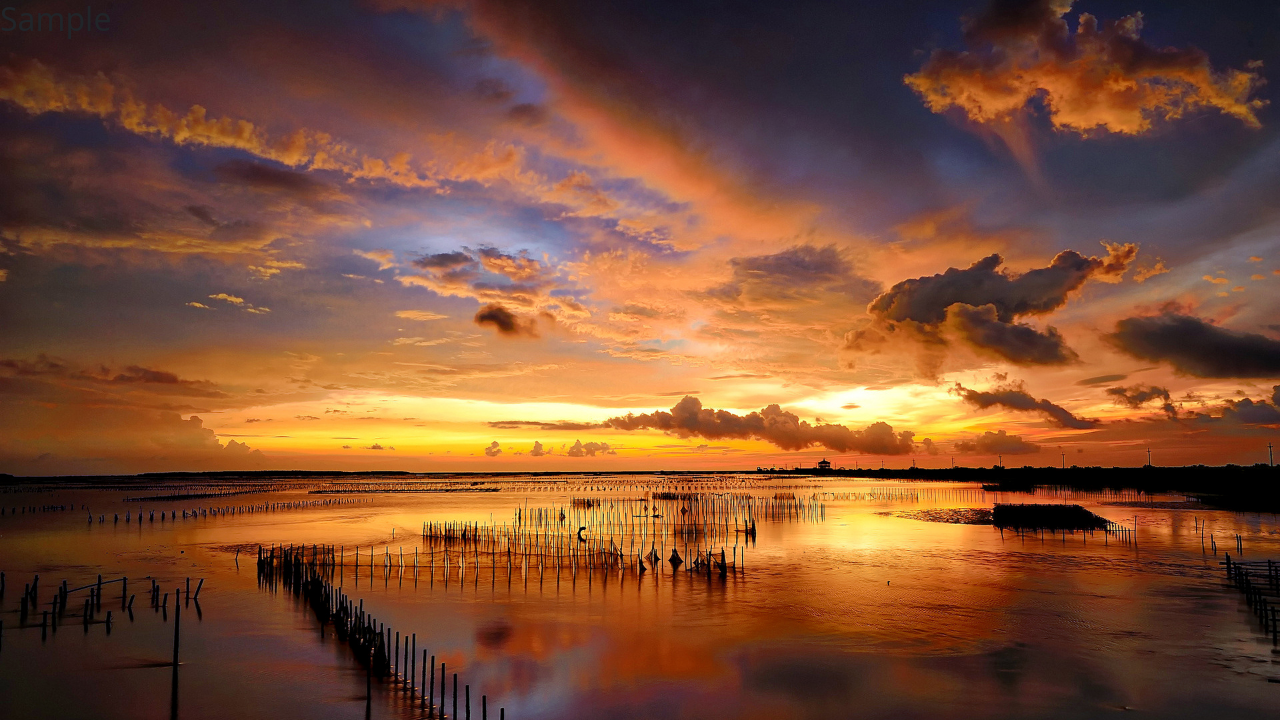
Repository: rohitbharti258/Project_Weather_finder
Page: index.html
The author's editor kept a copy of each file at every save. The page is drawn from the files as they stood at one save, then again after the next save.
The browser window is 1280 px wide. The pictures show the whole page.
Empty fields were first filled with sample values (such as "Sample", 5 or name@example.com).
After loading, the first visible `button.btn` was clicked once.
The page's requests for data from a server got no answer.

Above is the page before, as saved 2022-02-28 13:43:02.

After the next save:
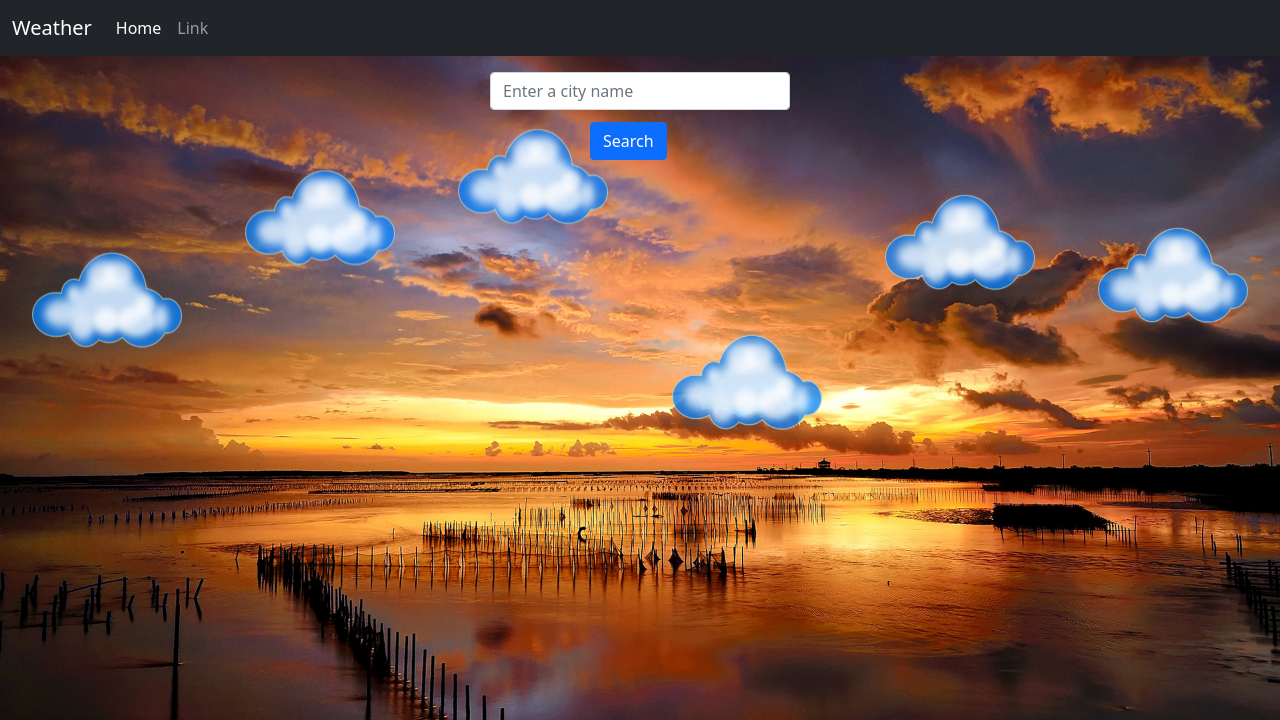
Saved 20 s later.
--- a/index.js
+++ b/index.js
@@ -15,7 +15,7 @@
     input.value = ""
     const xhr = new XMLHttpRequest();
     xhr.open("GET", `https://api.openweathermap.org/data/2.5/weather?q=${city}&appid=${api}`, true);
-xhr.onloadstart  = function(){
+xhr.onprogress  = function(){
     console.log("progress")
     let sr  = ""
     sr += `<h2 class="h2"> ${city} </h2>`;

After the save that followed:
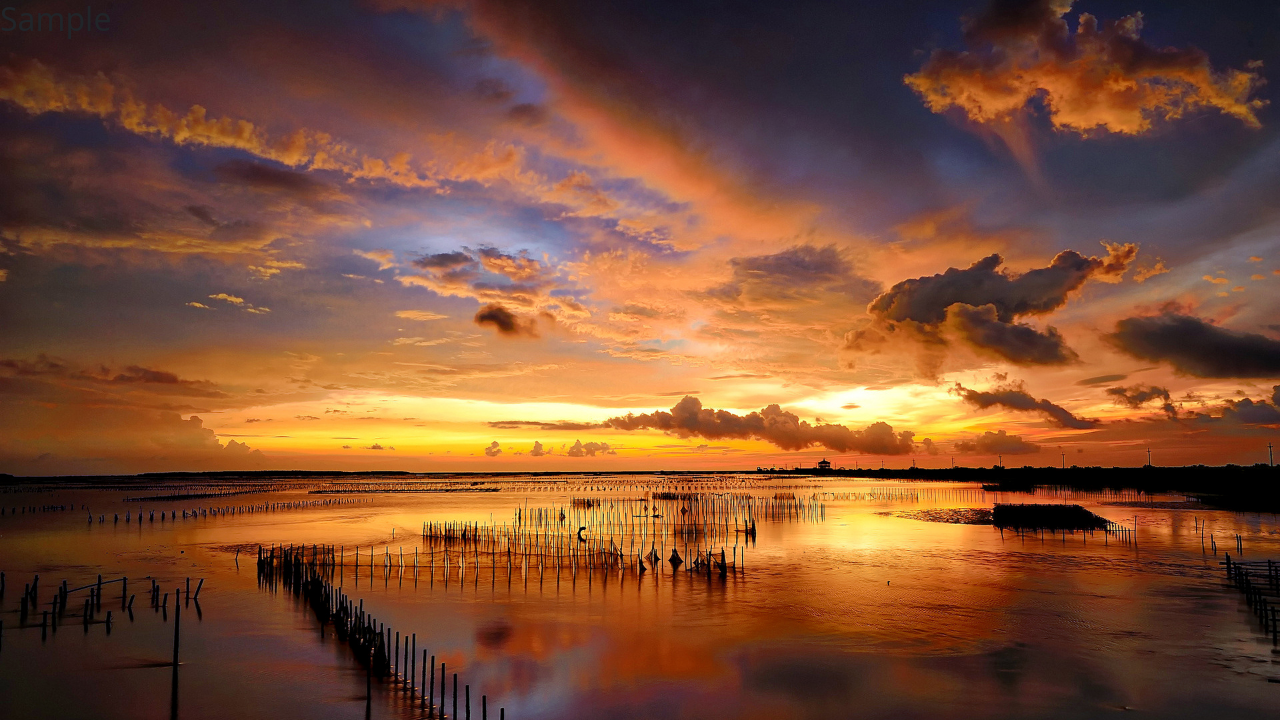
Console error (its wording comes from the project's code and is left out).
Saved 27 s later.
--- a/index.js
+++ b/index.js
@@ -15,13 +15,13 @@
     input.value = ""
     const xhr = new XMLHttpRequest();
     xhr.open("GET", `https://api.openweathermap.org/data/2.5/weather?q=${city}&appid=${api}`, true);
-xhr.onprogress  = function(){
+xhr.onloadstart  = function(){
     console.log("progress")
     let sr  = ""
     sr += `<h2 class="h2"> ${city} </h2>`;
     document.body.innerHTML = sr;
 }
-    xhr.onload = function () {
+    xhr.onloadend = function () {
 
 
 
